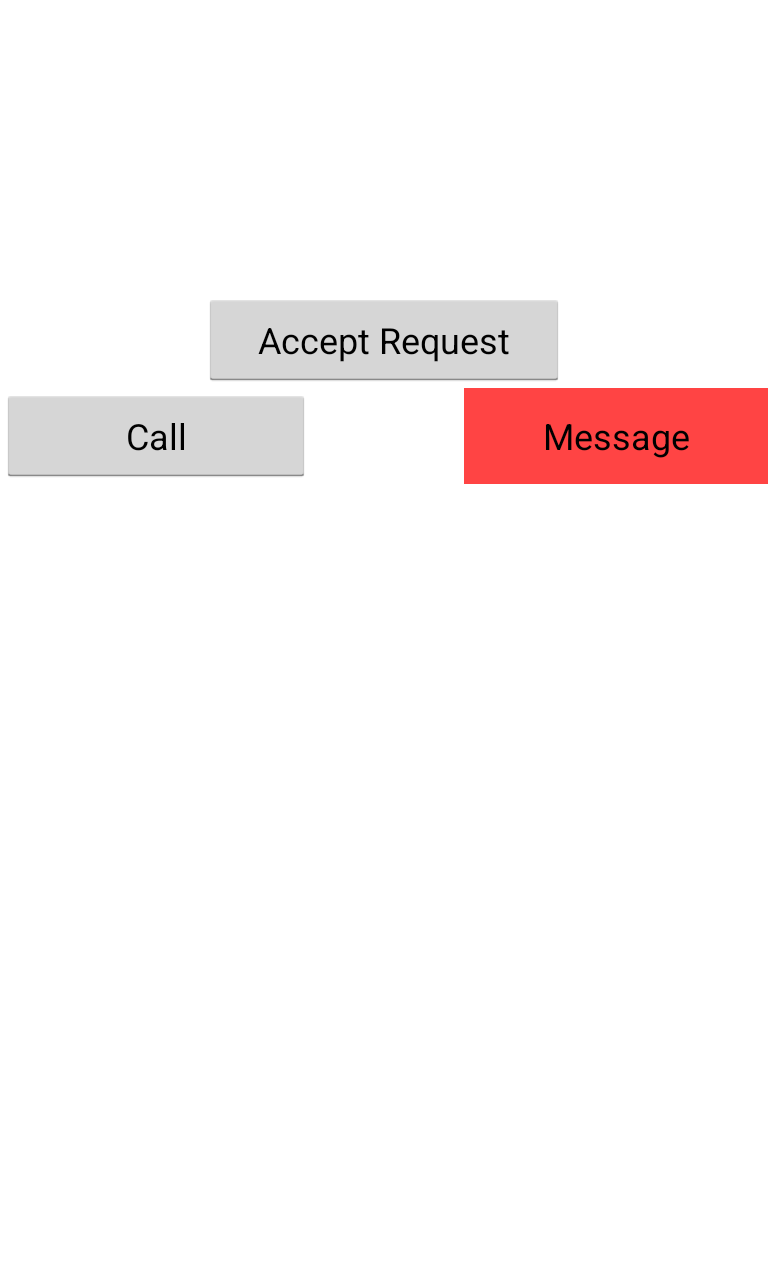
Repository: srivast6/SafeWalk
Layout: android/SafeWalk/res/layout/pop_up.xml
The author's editor kept a copy of each file at every save. The layout is drawn from the files as they stood at one save, then again after the next save.
It is drawn on a 768 x 1280 px phone screen (xhdpi) without system bars, with theme android:Theme.Holo.Light; the app's code is not run.

Above is the layout before, as saved 2013-11-20 15:50:20.

### android/SafeWalk/res/layout/pop_up.xml
<?xml version="1.0" encoding="utf-8"?>
<RelativeLayout xmlns:android="http://schemas.android.com/apk/res/android"
    android:layout_width="match_parent"
    android:layout_height="match_parent" >

    <LinearLayout
        android:id="@+id/linearLayout1"
        android:layout_width="wrap_content"
        android:layout_height="wrap_content"
        android:layout_alignParentTop="true"
        android:layout_centerHorizontal="true"
        android:layout_marginTop="90dp"
        android:orientation="vertical" >

        <Button
            android:id="@+id/AcceptButton"
            android:layout_width="182dp"
            android:layout_height="wrap_content"
            android:layout_marginTop="56dp"
            android:text="Accept Request" />
    </LinearLayout>

    <LinearLayout
        android:id="@+id/linearLayout2"
        android:layout_width="wrap_content"
        android:layout_height="match_parent"
        android:layout_alignParentBottom="true"
        android:layout_alignTop="@+id/linearLayout3"
        android:orientation="horizontal" >

        <Button
            android:id="@+id/callButton"
            android:layout_width="156dp"
            android:layout_height="wrap_content"
            android:layout_marginBottom="22dp"
            android:text="Call" />
    </LinearLayout>

    <LinearLayout
        android:id="@+id/linearLayout3"
        android:layout_width="wrap_content"
        android:layout_height="match_parent"
        android:layout_alignParentBottom="true"
        android:layout_alignParentRight="true"
        android:layout_below="@+id/linearLayout1"
        android:orientation="horizontal" >

        <Button
            android:id="@+id/mssgButton"
            android:layout_width="152dp"
            android:layout_height="wrap_content"
            android:layout_marginBottom="22dp"
            android:background="@android:color/holo_red_light"
            android:text="Message" >
        </Button>
    </LinearLayout>

</RelativeLayout>

After the next save:
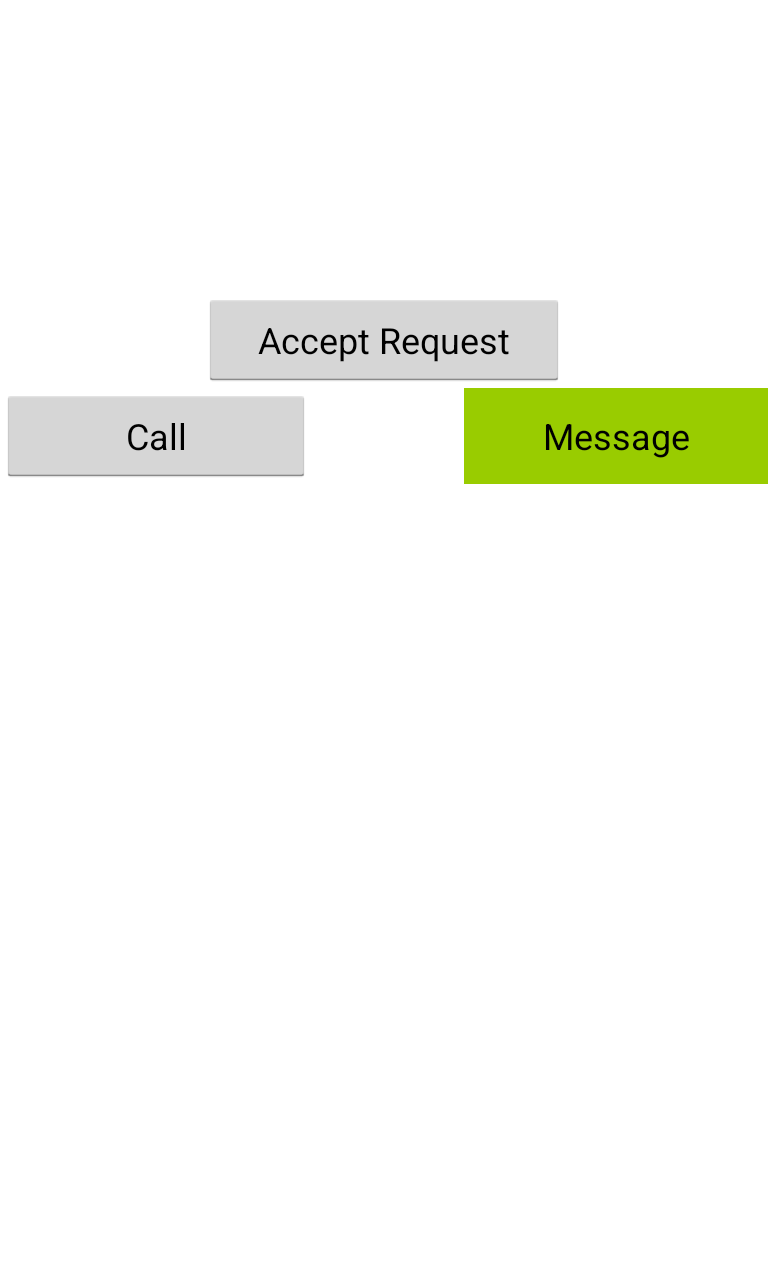
Saved 12 s later.
--- a/android/SafeWalk/res/layout/pop_up.xml
+++ b/android/SafeWalk/res/layout/pop_up.xml
@@ -50,7 +50,7 @@
             android:layout_width="152dp"
             android:layout_height="wrap_content"
             android:layout_marginBottom="22dp"
-            android:background="@android:color/holo_red_light"
+            android:background="@android:color/holo_green_light"
             android:text="Message" >
         </Button>
     </LinearLayout>
